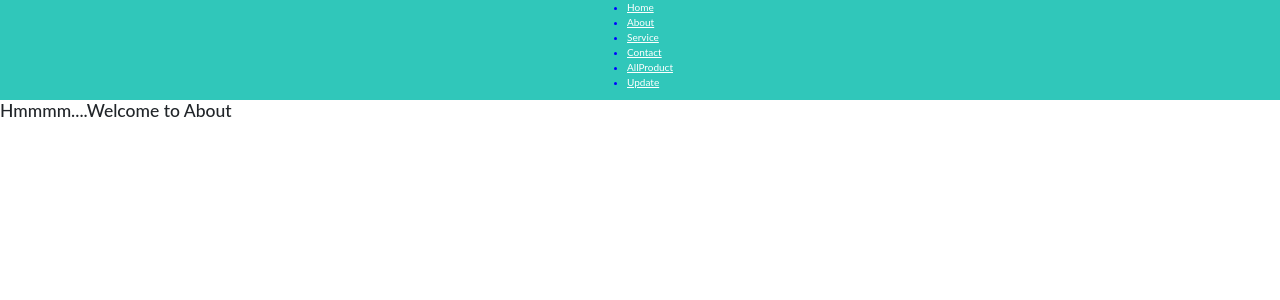
Repository: Hothidani/React
Page: /About (app in exa/my-react-router-A/)
The author's editor kept a copy of each file at every save. The page is drawn from the files as they stood at one save, then again after the next save.
The browser window is 1280 px wide. The pictures show the whole page.
The project was rebuilt for these pictures with package versions that can differ from the ones it lists, and the page was loaded fresh each time. Also part of the build but not shown: exa/my-react-router-A/src/component/Navigation.js, exa/my-react-router-A/src/component/Home.js, exa/my-react-router-A/src/component/Service.js, exa/my-react-router-A/src/component/Contact.js, exa/my-react-router-A/src/component/AllProduct.js, exa/my-react-router-A/src/component/Add.js.

Above is the page before, as saved 2021-05-11 15:01:41.

### exa/my-react-router-A/public/index.html
<!DOCTYPE html>
<html lang="en">
  <head>
    <meta charset="utf-8" />
    <link rel="icon" href="%PUBLIC_URL%/favicon.ico" />
    <meta name="viewport" content="width=device-width, initial-scale=1" />
    <meta name="theme-color" content="#000000" />

    <meta
      name="description"
      content="Web site created using create-react-app"
    />
    <link rel="apple-touch-icon" href="%PUBLIC_URL%/logo192.png" />
    <!--
      manifest.json provides metadata used when your web app is installed on a
      user's mobile device or desktop. See https://developers.google.com/web/fundamentals/web-app-manifest/
    -->
    <link rel="manifest" href="%PUBLIC_URL%/manifest.json" />
    <link href="%PUBLIC_URL%/../../src/index.css">
    <link rel="stylesheet" href="https://maxcdn.bootstrapcdn.com/bootstrap/3.4.1/css/bootstrap.min.css">
    <script src="https://ajax.googleapis.com/ajax/libs/jquery/3.5.1/jquery.min.js"></script>
    <script src="https://maxcdn.bootstrapcdn.com/bootstrap/3.4.1/js/bootstrap.min.js"></script>
    <!--
      Notice the use of %PUBLIC_URL% in the tags above.
      It will be replaced with the URL of the `public` folder during the build.
      Only files inside the `public` folder can be referenced from the HTML.

      Unlike "/favicon.ico" or "favicon.ico", "%PUBLIC_URL%/favicon.ico" will
      work correctly both with client-side routing and a non-root public URL.
      Learn how to configure a non-root public URL by running `npm run build`.
    -->
    <title>React App</title>
  </head>
  <body>
    <noscript>You need to enable JavaScript to run this app.</noscript>
    <div id="root"></div>
    <!--
      This HTML file is a template.
      If you open it directly in the browser, you will see an empty page.

      You can add webfonts, meta tags, or analytics to this file.
      The build step will place the bundled scripts into the <body> tag.

      To begin the development, run `npm start` or `yarn start`.
      To create a production bundle, use `npm run build` or `yarn build`.
    -->
  </body>
</html>

### exa/my-react-router-A/src/index.js
import React from 'react';
import ReactDOM from 'react-dom';
import App from "./App";
// import AddForm from './App';
import reportWebVitals from './reportWebVitals';

ReactDOM.render(
  <React.StrictMode>
    <App></App>
  </React.StrictMode>,
  document.getElementById('root')
);

// If you want to start measuring performance in your app, pass a function
// to log results (for example: reportWebVitals(console.log))
// or send to an analytics endpoint. Learn more: https://bit.ly/CRA-vitals
reportWebVitals();

### exa/my-react-router-A/src/App.js
import React, { Component } from 'react';
import './App.css';
import './css.css';

import { BrowserRouter as Router, Route, NavLink, Link, Switch } from 'react-router-dom';
import Routers from './component/Routes';


const colorWord = { color: 'White' }
class App extends Component {
  render() {
    return (
      <Router>
{/* className="d-inline" */}
        <nav>
          <ul >
            <li ><Link to="/" style={colorWord}>Home</Link></li>
            <li ><Link to="/About" style={colorWord} >About</Link></li>
            <li > <Link to="/Service" style={colorWord}>Service</Link></li>
            <li > <Link to="/Contact" style={colorWord}>Contact</Link></li>
            <li > <Link to="/AllProduct" style={colorWord}>AllProduct</Link></li>
            <li > <Link to="/Update" style={colorWord}>Update</Link></li>
          </ul>
        </nav>
        <Switch>
          {this.showContentMenu(Routers)}
        </Switch>

      </Router>
    );

  }
  showContentMenu = (Routers) => {
    var result = null;
    if (Routers.length > 0) {
      result = Routers.map((route, index) => {
        return (

          <Route key={index} path={route.path} exact={route.exact} component={route.main} />
        );
      });
    }
    return result;
  }

}

export default App;

### exa/my-react-router-A/src/App.css
.App {
  text-align: center;
}

nav{
  display: flex;
  justify-content: space-around;
  /* align-items: center; */
  min-height: 10vh;
  background: rgb(48, 199, 186);
  color:blue;
}
/*
.nav-link{
  width: 50%;
  display: flex;
  align-items: center;
  justify-content: space-around;
  list-style: none;
  color: black;
} */



/* .row{
  display: flex;
  align-items: center;
} */

### exa/my-react-router-A/src/css.css
* {
    padding: 0;
    margin: 0;
    border: none;
    font-family: 'Lato', sans-serif;
    box-sizing: border-box;
}

html {
    background-color: white;
    text-rendering: optimizeLegibility;
}

.clearfix::after {
    content: "";
    display: table;
    clear: both;
}

.form-control {
    border-radius: 40px;
    border-top-left-radius: 40px;
    border-top-right-radius: 40px;
    border-bottom-right-radius: 40px;
    border-bottom-left-radius: 40px;
}

.content-input {
    width: 500px;
    /* background: #00FFFF; */
}

.content-input-flex {
    display: flex;
    justify-content: space-between;
}

.content-input-footer {
    font-size: 18px;
    display: flex;
    justify-content: center;
}

.footer-logo {
    display: flex;
    justify-content: center;
}

input[class=form-control] {
    background: transparent;
    -webkit-border-radius: 20px;
    -moz-border-radius: 20px;
    border-radius: 20px;
    border: 1px solid none;
    color: #BB0000;
    width: 100%;
    padding-left: 10px;
}

input[class=form-control]:focus {
    outline: none;
    background: #99FFFF;
    border: 1px solid #2da8d9;
    color: #f33838;
}

input[class=form-control]:hover {
    background: #CCFFFF;
    border: 1px solid #2da8d9;
}

.content-input-wrap {
    border-radius: 10px;
    border: rgb(120, 199, 223);
    background-color: rgba(156, 212, 210, 0.4);
    position: relative;
    color: rgba(255, 255, 255, 0.2);
    /* box-shadow: 0px 20px 20px rgb(0 0 0 / 10%), 0px 30px 26px rgb(0 0 0 / 10%); */
}

.content-input-wrap h3 {
    font-weight: 300;
    color: #2da8d9;
}

.content-input-wrap .social {
    width: 100%;
}

.content-input-wrap .social a {
    width: 100%;
    display: block;
    border: 1px solid #00FFFF;
    color: rgba(243, 75, 9, 0.2);
    background: #99CCFF;
}

.content-input-wrap .social a:hover {
    background: rgba(214, 106, 5, 0.2);
    color: rgba(255, 255, 255, 0.2);
    border-color: #00FFFF;
}

.buttonn{
    display: flex;
    justify-content: space-around;
    align-items: center;
    min-width: 5%;

}

### exa/my-react-router-A/src/component/Routes.js
import React from 'react';
import {BrowserRouter as Router, Route} from 'react-router-dom';
import Navigation from './Navigation';
import Home from './Home'
import About from './About';
import Service from './Service';
import Contact from './Contact';
import AllProduct from './AllProduct';
import Update from './AllProduct';
import Add from './Add';

const Routers = [
	{
		path : '/',
		exact : true,
		main : ()=> <Home />
	},
	{
		path : '/About',
		exact : true,
		main : ({match})=> <About match={match} />
	},
    {
		path : '/Contact',
		exact : true,
		main : ({match})=> <Contact match={match} />
	}
		,
		  {
			path : '/Service',
			exact : true,
			main : ({match})=> <Service match={match} />
		},
		{
		  path : '/AllProduct',
		  exact : true,
		  main : ({match})=> <AllProduct match={match} />
	  }
	  ,
	  {
		path : '/Add',
		exact : true,
		main : ({match})=> <Add match={match} />
	}
	,
	{
	  path : '/Update',
	  exact : true,
	  main : ({match})=> <Update match={match} />
  }


]

export default Routers

### exa/my-react-router-A/src/component/About.js
import React, { Component } from 'react';
import PropTypes from 'prop-types';
const Content = () => <h3>Hmmmm....Welcome to About</h3>
export default Content

Loaded but not shown: exa/my-react-router-A/src/reportWebVitals.js (common file)

After the next save:
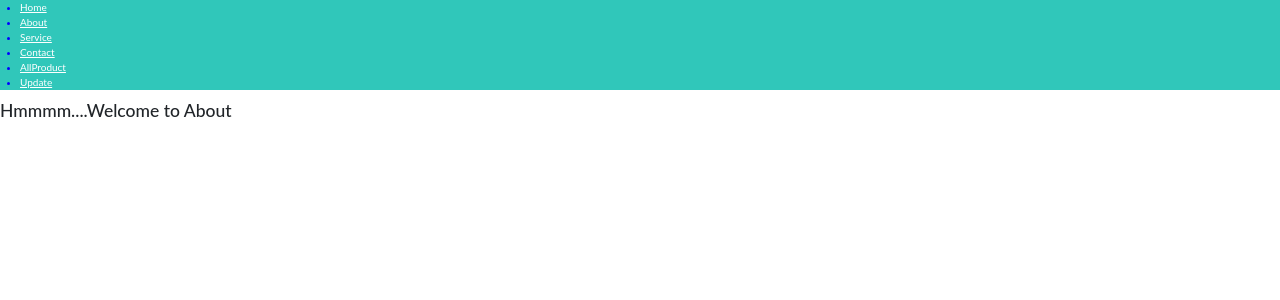
Saved 43 s later.
--- a/exa/my-react-router-A/src/App.css
+++ b/exa/my-react-router-A/src/App.css
@@ -3,8 +3,8 @@
 }
 
 nav{
-  display: flex;
-  justify-content: space-around;
+  /* display: flex;
+  justify-content: space-around; */
   /* align-items: center; */
   min-height: 10vh;
   background: rgb(48, 199, 186);
